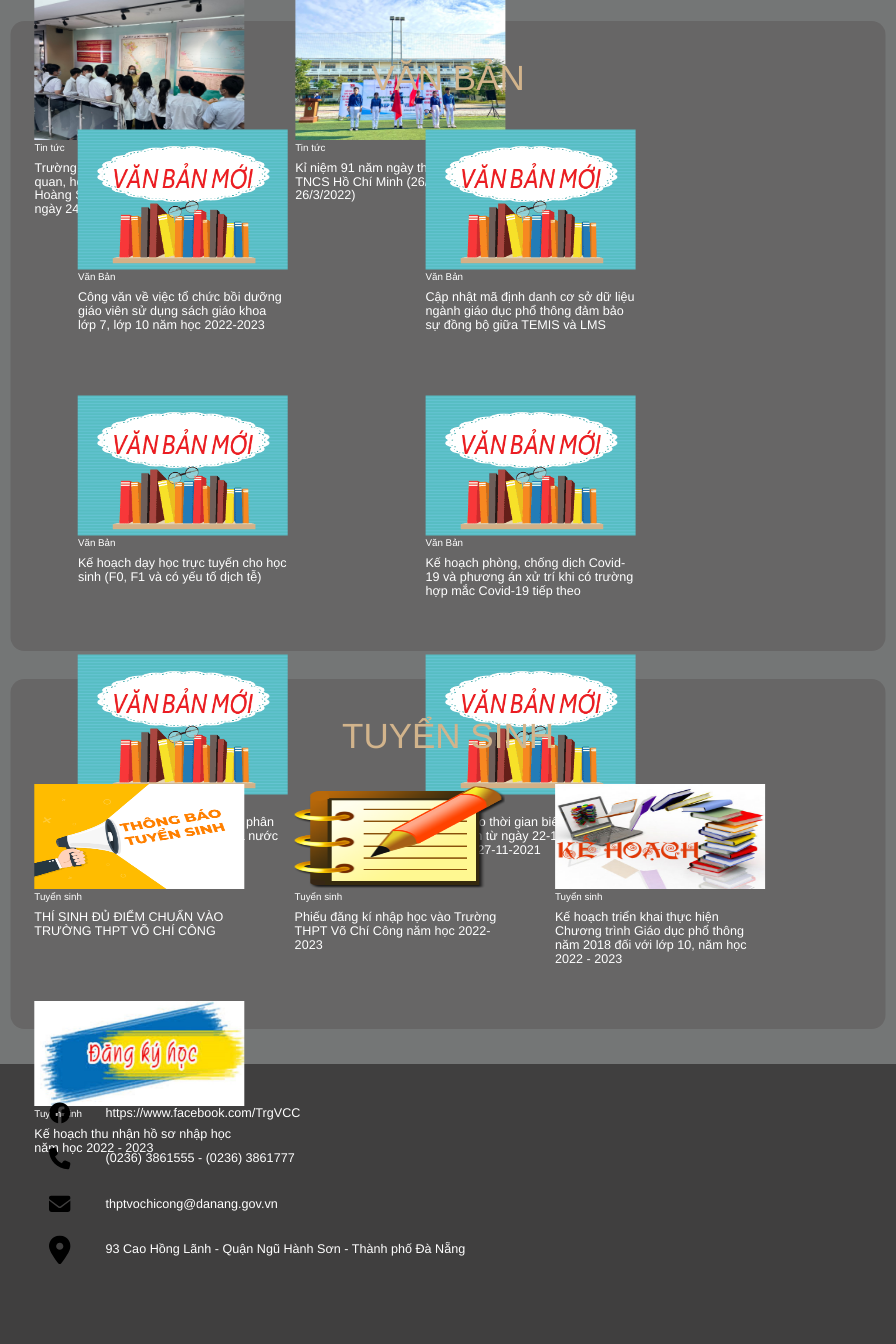
Repository: dphasst17/THPTVCC
Page: index.html
An editor plug-in stored every save of this project. The page is shown before and after the next save, followed by the edit.
The browser window is 1280 px wide. The pictures show the part of the page from y = 1500 to 3420 px (the page is 3420 px tall), at 70% of full size.

Above is the page before, as saved 2022-10-03 19:06:08.

### index.html
<!DOCTYPE html>
<html lang="en">
<head>
    <meta charset="UTF-8">
    <meta http-equiv="X-UA-Compatible" content="IE=edge">
    <meta name="viewport" content="width=device-width, initial-scale=1.0">
    <link rel="stylesheet" href="https://maxcdn.bootstrapcdn.com/bootstrap/3.4.1/css/bootstrap.min.css">
    <script src="https://ajax.googleapis.com/ajax/libs/jquery/3.6.0/jquery.min.js"></script>
    <script src="https://maxcdn.bootstrapcdn.com/bootstrap/3.4.1/js/bootstrap.min.js"></script>
    <script src="https://ajax.googleapis.com/ajax/libs/jquery/3.6.0/jquery.min.js"></script>
    <script src="index.js"></script>
    <link rel="stylesheet" href="style.css">
    <title>Document</title>
</head>
<body>
    <header>
        <div class="logo">
            <a href="#">
                <img src="img/logo.png" alt="">
            </a>
        </div>
        <div class="nav">
            <ul>
                <li><a href="">TRANG CHỦ</a></li>
                <li><a href="#new">TIN TỨC</a></li>
                <li><a href="#document">VĂN BẢN</a></li>
                <li><a href="#admissions">TUYỂN SINH</a></li>
                <li><a href="#contact">LIÊN HỆ</a></li>
            </ul>
        </div>
        <div class="search">
            <input placeholder="Search" spellCheck="false"/>
            <div class="icon-search">
                <svg xmlns="http://www.w3.org/2000/svg" viewBox="0 0 512 512"><path d="M416 208c0 45.9-14.9 88.3-40 122.7L502.6 457.4c12.5 12.5 12.5 32.8 0 45.3s-32.8 12.5-45.3 0L330.7 376c-34.4 25.2-76.8 40-122.7 40C93.1 416 0 322.9 0 208S93.1 0 208 0S416 93.1 416 208zM208 352c79.5 0 144-64.5 144-144s-64.5-144-144-144S64 128.5 64 208s64.5 144 144 144z"strokeWidth="4" stroke="#fff"/></svg>
            </div>
        </div>
        <div class="user">
            <svg xmlns="http://www.w3.org/2000/svg" viewBox="0 0 448 512">
                <path d="M224 256c70.7 0 128-57.3 128-128S294.7 0 224 0S96 57.3 96 128s57.3 128 128 128zm-45.7 48C79.8 304 0 383.8 0 482.3C0 498.7 13.3 512 29.7 512H418.3c16.4 0 29.7-13.3 29.7-29.7C448 383.8 368.2 304 269.7 304H178.3z"/>
            </svg>
            <div class="user_infor">
                <a href="./login.html">Login</a>
            </div>
        </div>
    </header>
    <div class="container">
        <div id="myCarousel" class="carousel slide" data-ride="carousel">
            <!-- Indicators -->
            <ol class="carousel-indicators">
              <li data-target="#myCarousel" data-slide-to="0" class="active"></li>
              <li data-target="#myCarousel" data-slide-to="1"></li>
              <li data-target="#myCarousel" data-slide-to="2"></li>
            </ol>

            <!-- Wrapper for slides -->
            <div class="carousel-inner">
              <div class="item active">
                <img src="img/1.png" alt="Los Angeles" style="width:100%;height:300px;">
              </div>

              <div class="item">
                <img src="img/2.png" alt="Chicago" style="width:100%;height:300px;">
              </div>

              <div class="item">
                <img src="img/3.gif" alt="New york" style="width:100%;height:300px;">
              </div>
            </div>

            <!-- Left and right controls -->
            <a class="left carousel-control" href="#myCarousel" data-slide="prev">
              <span class="glyphicon glyphicon-chevron-left"></span>
              <span class="sr-only">Previous</span>
            </a>
            <a class="right carousel-control" href="#myCarousel" data-slide="next">
              <span class="glyphicon glyphicon-chevron-right"></span>
              <span class="sr-only">Next</span>
            </a>
        </div>
        <div id="new" class="new">
            <h1><br/>TIN TỨC</h1>
            <div class="new_container">
                <img src="img/tintuc/1.jpg" alt="">
                <a>Tin tức</a>
                <h4>LỄ PHÁT ĐỘNG CHIẾN DỊCH TIÊM CHỦNG VẮC XIN PHÒNG COVID-19</h4>
            </div>

            <div class="new_container">
                <img src="img/tintuc/2.jpg" alt="">
                <a>Tin tức</a>
                <h4>TRƯỜNG THPT VÕ CHÍ CÔNG KHAI GIẢNG NĂM HỌC 2022 - 2023</h4>
            </div>

            <div class="new_container">
                <img src="img/tintuc/3.jpg" alt="">
                <a>Tin tức</a>
                <h4>KỶ NIỆM 110 NĂM NGÀY SINH CHỦ TỊCH HỘI ĐỒNG NHÀ NƯỚC VÕ CHÍ CÔNG (7-8-1912 - 7-8-2022)</h4>
            </div>

            <div class="new_container">
                <img src="img/tintuc/5.jpg" alt="">
                <a>Tin tức</a>
                <h4>BNI Foundation Việt Nam tặng 12 xuất học bổng cho học sinh Trường THPT Võ Chí Công</h4>
            </div>

            <div class="new_container">
                <img src="img/tintuc/4.jpg" alt="">
                <a>Tin tức</a>
                <h4>NGÀY HỘI AN TOÀN GIAO THÔNG</h4>
            </div>

            <div class="new_container">
                <img src="img/tintuc/6.jpg" alt="">
                <a>Tin tức</a>
                <h4>Công an quận Ngũ Hành Sơn tổ chức buổi tuyên truyền pháp luật về TTATGT tại Trường THPT Võ Chí Công</h4>
            </div>

            <div class="new_container">
                <img src="img/tintuc/7.jpg" alt="">
                <a>Tin tức</a>
                <h4>Trường THPT Võ Chí Công tham quan, học tập tại nhà trưng bày Hoàng Sa và Bảo tàng Chăm vào ngày 24/4/2022.</h4>
            </div>

            <div class="new_container">
                <img src="img/tintuc/8.jpg" alt="">
                <a>Tin tức</a>
                <h4>Kỉ niệm 91 năm ngày thành lập Đoàn TNCS Hồ Chí Minh (26/3/1931-26/3/2022)</h4>
            </div>

        </div>
        <div id="document" class="document">
            <h1><br/>VĂN BẢN</h1>
            <div class="document_container">
                <img src="img/document/document.png" alt="">
                <a>Văn Bản</a>
                <h4>Công văn về việc tổ chức bồi dưỡng giáo viên sử dụng sách giáo khoa lớp 7, lớp 10 năm học 2022-2023</h4>
            </div>

            <div class="document_container">
                <img src="img/document/document.png" alt="">
                <a>Văn Bản</a>
                <h4>Cập nhật mã định danh cơ sở dữ liệu ngành giáo dục phổ thông đảm bảo sự đồng bộ giữa TEMIS và LMS</h4>
            </div>

            <div class="document_container">
                <img src="img/document/document.png" alt="">
                <a>Văn Bản</a>
                <h4>Kế hoạch dạy học trực tuyến cho học sinh (F0, F1 và có yếu tố dịch tễ)</h4>
            </div>

            <div class="document_container">
                <img src="img/document/document.png" alt="">
                <a>Văn Bản</a>
                <h4>Kế hoạch phòng, chống dịch Covid-19 và phương án xử trí khi có trường hợp mắc Covid-19 tiếp theo</h4>
            </div>

            <div class="document_container">
                <img src="img/document/document.png" alt="">
                <a>Văn Bản</a>
                <h4>Quyết định về việc điều chỉnh phân bổ dự toán chi ngân sách nhà nước năm 2021</h4>
            </div>

            <div class="document_container">
                <img src="img/document/document.png" alt="">
                <a>Văn Bản</a>
                <h4>Thông báo thời gian biểu dạy học trực tuyến từ ngày 22-11-2021 đến hết ngày 27-11-2021</h4>
            </div>

        </div>
        <div id="admissions" class="admissions">
            <h1><br/>TUYỂN SINH</h1>
            <div class="admissions_container">
                <img src="img/tuyensinh/62bd6eef82783.png" alt="">
                <a>Tuyển sinh</a>
                <h4>THÍ SINH ĐỦ ĐIỂM CHUẨN VÀO TRƯỜNG THPT VÕ CHÍ CÔNG</h4>
            </div>

            <div class="admissions_container">
                <img src="img/tuyensinh/62bd721661331.png" alt="">
                <a>Tuyển sinh</a>
                <h4>Phiếu đăng kí nhập học vào Trường THPT Võ Chí Công năm học 2022-2023</h4>
            </div>

            <div class="admissions_container">
                <img src="img/tuyensinh/62105906d7bc2.png" alt="">
                <a>Tuyển sinh</a>
                <h4>Kế hoạch triển khai thực hiện Chương trình Giáo dục phổ thông năm 2018 đối với lớp 10, năm học 2022 - 2023</h4>
            </div>

            <div class="admissions_container">
                <img src="img/tuyensinh/611cfe00cd3bf.jpg" alt="">
                <a>Tuyển sinh</a>
                <h4>Kế hoạch thu nhận hồ sơ nhập học năm học 2022 - 2023</h4>
            </div>

        </div>
    </div>
    <div id="contact" class="contact">
        <div class="contact_container">
            <div class="svg">
                <svg xmlns="http://www.w3.org/2000/svg" viewBox="0 0 512 512">
                    <path d="M504 256C504 119 393 8 256 8S8 119 8 256c0 123.78 90.69 226.38 209.25 245V327.69h-63V256h63v-54.64c0-62.15 37-96.48 93.67-96.48 27.14 0 55.52 4.84 55.52 4.84v61h-31.28c-30.8 0-40.41 19.12-40.41 38.73V256h68.78l-11 71.69h-57.78V501C413.31 482.38 504 379.78 504 256z"/></svg>
                    <h4>https://www.facebook.com/TrgVCC</h4>
            </div>
        </div>
        <div class="contact_container">
            <div class="svg">
                <svg xmlns="http://www.w3.org/2000/svg" viewBox="0 0 512 512">
                    <path d="M164.9 24.6c-7.7-18.6-28-28.5-47.4-23.2l-88 24C12.1 30.2 0 46 0 64C0 311.4 200.6 512 448 512c18 0 33.8-12.1 38.6-29.5l24-88c5.3-19.4-4.6-39.7-23.2-47.4l-96-40c-16.3-6.8-35.2-2.1-46.3 11.6L304.7 368C234.3 334.7 177.3 277.7 144 207.3L193.3 167c13.7-11.2 18.4-30 11.6-46.3l-40-96z"/></svg>
                    <h4>(0236) 3861555 - (0236) 3861777</h4>
            </div>
        </div>
        <div class="contact_container">
            <div class="svg">
                <svg xmlns="http://www.w3.org/2000/svg" viewBox="0 0 512 512">
                    <path d="M48 64C21.5 64 0 85.5 0 112c0 15.1 7.1 29.3 19.2 38.4L236.8 313.6c11.4 8.5 27 8.5 38.4 0L492.8 150.4c12.1-9.1 19.2-23.3 19.2-38.4c0-26.5-21.5-48-48-48H48zM0 176V384c0 35.3 28.7 64 64 64H448c35.3 0 64-28.7 64-64V176L294.4 339.2c-22.8 17.1-54 17.1-76.8 0L0 176z"/></svg>
                    <h4>thptvochicong@danang.gov.vn</h4>
            </div>
        </div>
        <div class="contact_container">
            <div class="svg">
                <svg xmlns="http://www.w3.org/2000/svg" viewBox="0 0 384 512">
                    <path d="M215.7 499.2C267 435 384 279.4 384 192C384 86 298 0 192 0S0 86 0 192c0 87.4 117 243 168.3 307.2c12.3 15.3 35.1 15.3 47.4 0zM192 256c-35.3 0-64-28.7-64-64s28.7-64 64-64s64 28.7 64 64s-28.7 64-64 64z"/></svg>
                    <h4>93 Cao Hồng Lãnh - Quận Ngũ Hành Sơn - Thành phố Đà Nẵng</h4>
            </div>
        </div>
    </div>
</body>
</html>

### index.js
$(document).ready(function(){
    $('.user').click(function(){
        $('.user_infor').fadeToggle('user_info')
    })
})

### style.css
html{
    scroll-behavior: smooth;
}
body{
    margin:0;
    text-decoration:none;
    background-color:rgb(116, 118, 118);;
}
header{
    width:100%;
    height:100px;
    top:0;
    left:0;
    right:0;
    position:relative;
    z-index: 111;
}
.logo img{
    width:6%;
    margin:10px 30px;
    position:absolute;
}
.nav{
    position:absolute;
    width:51%;
    height:50px;
    background-color:rgb(103, 102, 102);
    border-radius:10px;
    margin:20px 170px;
}
.nav ul li{
    display:inline-block;
    width:120px;
    margin-left:15px;
    text-decoration:none;
    line-height: 44px;
    text-align:center;
}
.nav a{
    display:block;
    width:120px;
    height:50px;
    text-decoration:none;
    font-size:18px;
    color:tan;
    line-height: 48px;
}
.search{
    width: 350px;
    height: 50px;
    position: absolute;
    background-color: rgb(103, 102, 102);
    margin-left: 66%;
    margin-top:20px;
    border-radius: 10px;
}
.search input{
    width:340px;
    height:40px;
    margin:5px;
    border-style:none;
    background-color:rgb(103, 102, 102);
    color:#fff;
    outline: none;
    font-size:15px;
}
.icon-search{
    position: absolute;
    background-color: transparent;
    border: 0 none;
    width: 10%;
    margin: -12% 85%;
}
.user{
    width:50px;
    height:50px;
    float:right;
    margin:20px 50px;
    border-radius:50px;
    background-color:rgb(103, 102, 102);
}
.user svg{
    width:70%;
    margin:3px 8px;
}
.user a{
    color:tan;
    text-decoration:none;
}
.user_infor{
    display:none;
    width:100px;
    height:100px;
    background-color: rgb(103, 102, 102);
    border-radius:10px;
    margin: 10px -25px;
    text-align:center;
}

.container{
    width:100%;
    height:auto;
    margin:50px 0;
}
.new{
    width:100%;
    height:1000px;
    background-color:rgb(103, 102, 102);
    margin-top:40px;
    border-radius:20px;
}
h1{
    color:tan;
    text-align:center;
    font-size:50px;
}
.new_container{
    width:300px;
    height:350px;
    display:inline-flex;
    margin:25px 34.3px;
    flex-wrap: wrap;
    align-content: center;
}
.new_container img{
    width:300px;
    height:200px;
}
.new_container h4{
    color:#fff;
}
.new_container a{
    color:#fff;
    text-decoration:none;
}
.document{
    width:100%;
    height:900px;
    background-color:rgb(103, 102, 102);
    margin-top:40px;
    border-radius:20px;
}
.document img{
    width:300px;
    height:200px;
}
.document_container{
    width:300px;
    height:350px;
    display:inline-flex;
    margin: 10px 96.3px;
    flex-wrap: wrap;
    align-content: center;
}
.document_container h4{
    color:#fff;
}
.document_container a{
    color:#fff;
    text-decoration:none;
}
.admissions{
    width:100%;
    height:500px;
    background-color:rgb(103, 102, 102);
    margin-top:40px;
    border-radius:20px;
}
.admissions_container{
    width:300px;
    height:150px;
    display:inline-flex;
    margin: 70px 34px;
    flex-wrap: wrap;
    align-content: center;
}
.admissions_container img{
    width:300px;
    height:150px;
}
.admissions_container a{
    color:#fff;
    text-decoration:none;
}
.admissions_container h4{
    color:#fff;
}
.contact{
    width:100%;
    height:400px;
    background-color:rgb(64, 63, 63);
}
.contact_container{
    display:inline-flex;
    width:90%;
    height:15%;
    margin-left:70px;
}
.svg {
    display:flex;
    position:absolute;
    width:80%;
    margin-top:50px;
}
.svg h4{
    margin-left:50px;
    color:#fff;
}
.svg svg{
    width:3%;
}

After the next save:
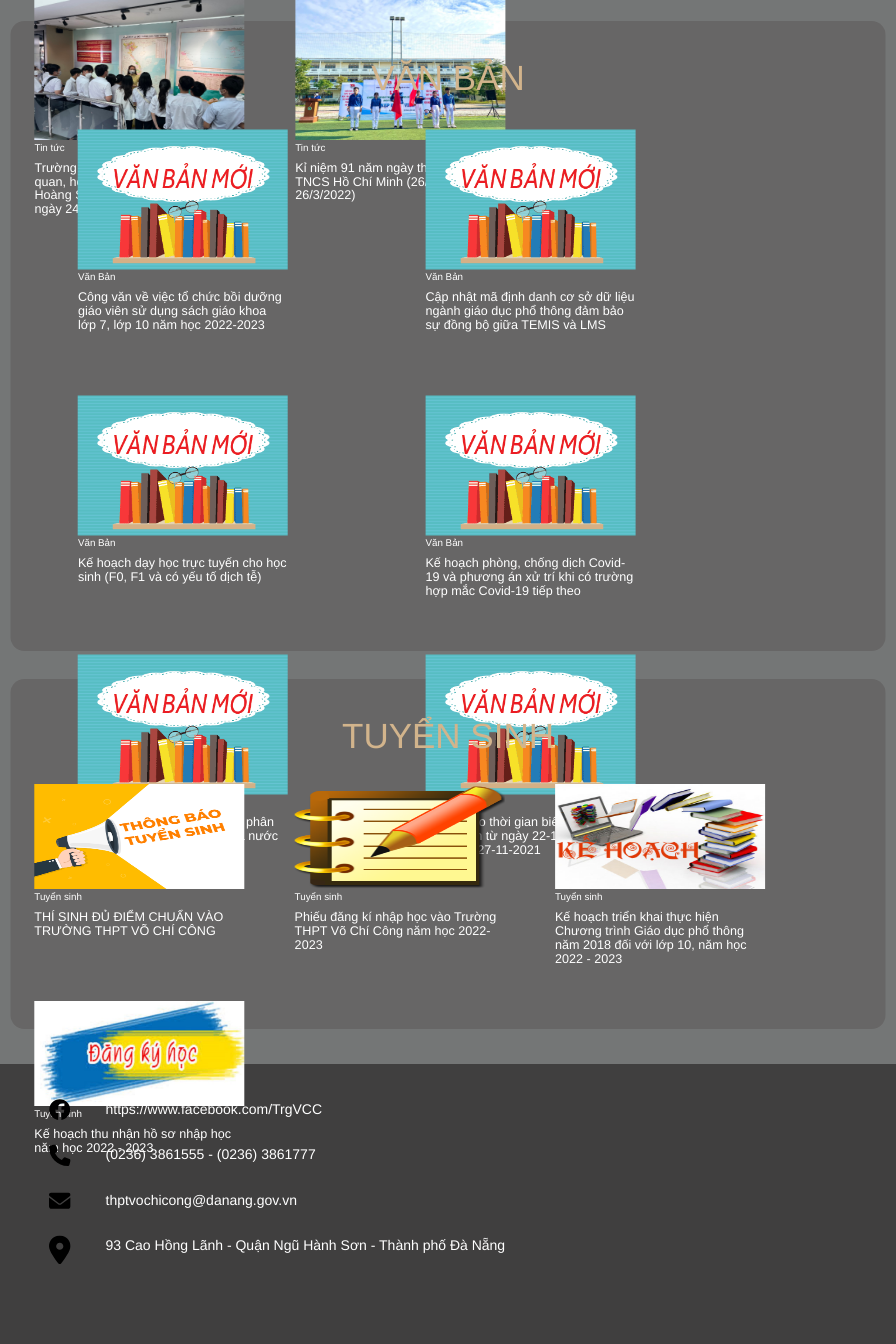
Saved 35 s later.
--- a/index.html
+++ b/index.html
@@ -200,28 +200,28 @@
             <div class="svg">
                 <svg xmlns="http://www.w3.org/2000/svg" viewBox="0 0 512 512">
                     <path d="M504 256C504 119 393 8 256 8S8 119 8 256c0 123.78 90.69 226.38 209.25 245V327.69h-63V256h63v-54.64c0-62.15 37-96.48 93.67-96.48 27.14 0 55.52 4.84 55.52 4.84v61h-31.28c-30.8 0-40.41 19.12-40.41 38.73V256h68.78l-11 71.69h-57.78V501C413.31 482.38 504 379.78 504 256z"/></svg>
-                    <h4>https://www.facebook.com/TrgVCC</h4>
+                    <a>https://www.facebook.com/TrgVCC</a>
             </div>
         </div>
         <div class="contact_container">
             <div class="svg">
                 <svg xmlns="http://www.w3.org/2000/svg" viewBox="0 0 512 512">
                     <path d="M164.9 24.6c-7.7-18.6-28-28.5-47.4-23.2l-88 24C12.1 30.2 0 46 0 64C0 311.4 200.6 512 448 512c18 0 33.8-12.1 38.6-29.5l24-88c5.3-19.4-4.6-39.7-23.2-47.4l-96-40c-16.3-6.8-35.2-2.1-46.3 11.6L304.7 368C234.3 334.7 177.3 277.7 144 207.3L193.3 167c13.7-11.2 18.4-30 11.6-46.3l-40-96z"/></svg>
-                    <h4>(0236) 3861555 - (0236) 3861777</h4>
+                    <a>(0236) 3861555 - (0236) 3861777</a>
             </div>
         </div>
         <div class="contact_container">
             <div class="svg">
                 <svg xmlns="http://www.w3.org/2000/svg" viewBox="0 0 512 512">
                     <path d="M48 64C21.5 64 0 85.5 0 112c0 15.1 7.1 29.3 19.2 38.4L236.8 313.6c11.4 8.5 27 8.5 38.4 0L492.8 150.4c12.1-9.1 19.2-23.3 19.2-38.4c0-26.5-21.5-48-48-48H48zM0 176V384c0 35.3 28.7 64 64 64H448c35.3 0 64-28.7 64-64V176L294.4 339.2c-22.8 17.1-54 17.1-76.8 0L0 176z"/></svg>
-                    <h4>thptvochicong@danang.gov.vn</h4>
+                    <a>thptvochicong@danang.gov.vn</a>
             </div>
         </div>
         <div class="contact_container">
             <div class="svg">
                 <svg xmlns="http://www.w3.org/2000/svg" viewBox="0 0 384 512">
                     <path d="M215.7 499.2C267 435 384 279.4 384 192C384 86 298 0 192 0S0 86 0 192c0 87.4 117 243 168.3 307.2c12.3 15.3 35.1 15.3 47.4 0zM192 256c-35.3 0-64-28.7-64-64s28.7-64 64-64s64 28.7 64 64s-28.7 64-64 64z"/></svg>
-                    <h4>93 Cao Hồng Lãnh - Quận Ngũ Hành Sơn - Thành phố Đà Nẵng</h4>
+                    <a>93 Cao Hồng Lãnh - Quận Ngũ Hành Sơn - Thành phố Đà Nẵng</a>
             </div>
         </div>
     </div>
--- a/style.css
+++ b/style.css
@@ -202,7 +202,8 @@
     width:80%;
     margin-top:50px;
 }
-.svg h4{
+.svg a{
+    font-size: 20px;
     margin-left:50px;
     color:#fff;
 }
